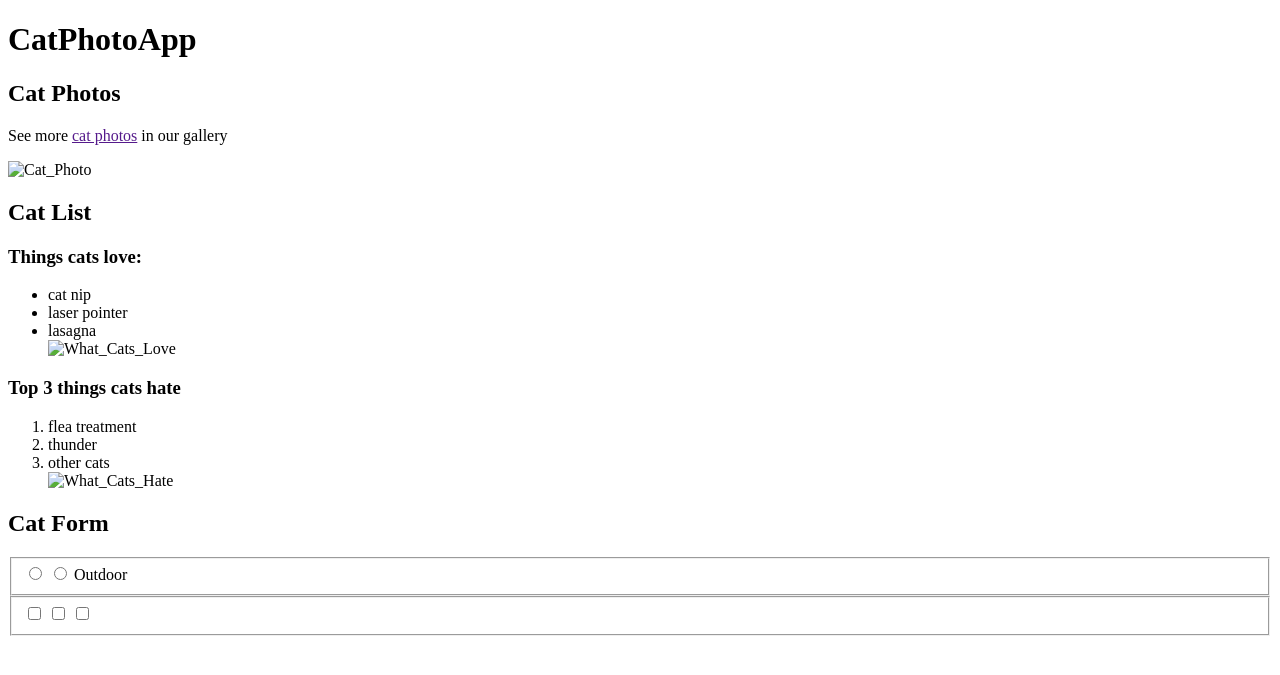
Repository: Lungdjos/cat_photo_app
Page: cat_photo_app/index.html
The author's editor kept a copy of each file at every save. The page is drawn from the files as they stood at one save, then again after the next save.
The browser window is 1280 px wide. The pictures show the whole page.

Above is the page before, as saved 2023-08-29 17:46:27.

After the next save:
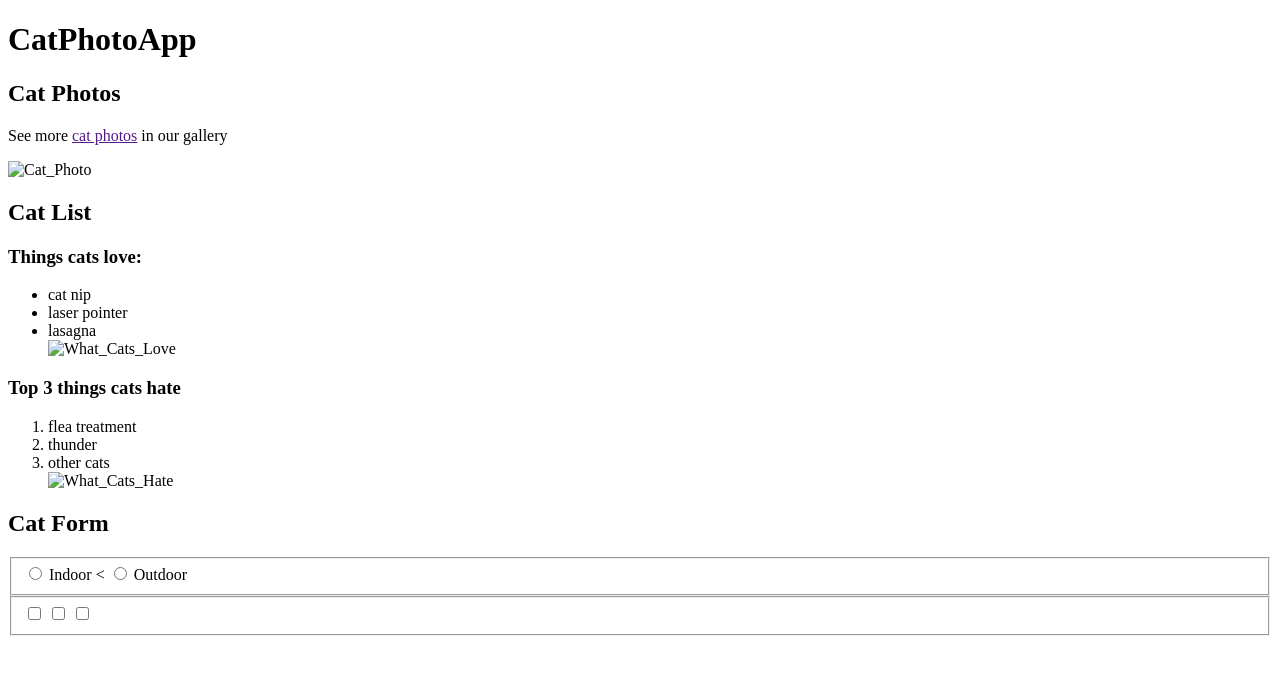
Saved 4 s later.
--- a/cat_photo_app/index.html
+++ b/cat_photo_app/index.html
@@ -33,8 +33,8 @@
     <form action="">
         <h2>Cat Form</h2>
         <fieldset>
-            <input type="radio" name="Indoor" id="">
-            <input type="radio" name="Outdoor" id=""> Outdoor
+            <input type="radio" name="Indoor" id=""> Indoor
+            < <input type="radio" name="Outdoor" id=""> Outdoor
         </fieldset>
         <fieldset>
             <input type="checkbox" name="" id="">
